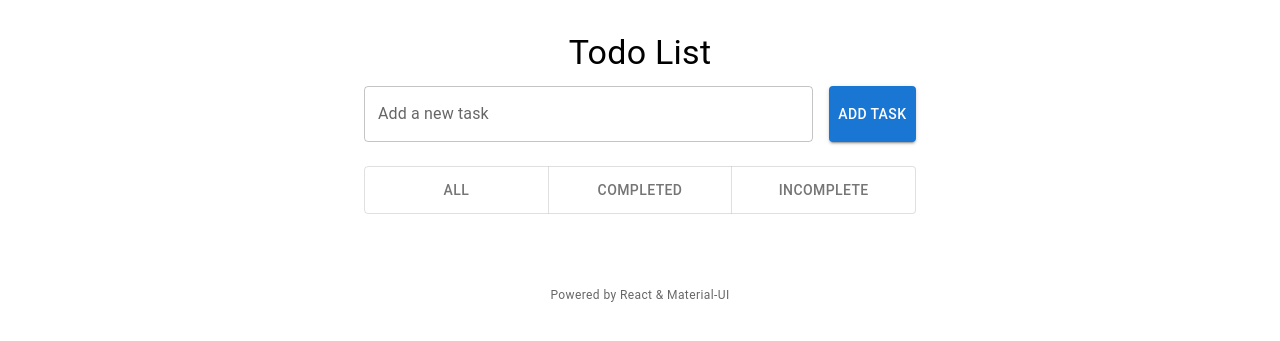
Repository: tobiaskoira/simple_web_service
Page: / (app in client/)
These files come from the project's save history. The page is drawn as it stood at one moment and after the next save; the edit follows.
The browser window is 1280 px wide. The pictures show the whole page.
The page's requests for data from a server got no answer. The project was rebuilt for these pictures with package versions that can differ from the ones it lists, and the page was loaded fresh each time. No one was signed in, and anything a server would have sent is missing.

Above is the page before, as saved 2024-12-22 23:29:16.

### client/src/App.js
import React, { useState, useEffect } from 'react';
import {
    Container,
    Typography,
    TextField,
    Button,
    List,
    ListItem,
    ListItemText,
    IconButton,
    Checkbox,
    ToggleButtonGroup,
    ToggleButton,
    Box,
} from '@mui/material';
import DeleteIcon from '@mui/icons-material/Delete';

const App = () => {
    const [tasks, setTasks] = useState([]);
    const [newTask, setNewTask] = useState('');
    const [filter, setFilter] = useState('all'); // all, completed, incomplete

    // Fetch tasks from backend
    useEffect(() => {
        fetch('http://localhost:5000/tasks')
            .then((res) => res.json())
            .then((data) => setTasks(data))
            .catch((error) => console.error('Error fetching tasks:', error));
    }, []);

    // Add a new task
    const addTask = async () => {
        const response = await fetch('http://localhost:5000/tasks', {
            method: 'POST',
            headers: { 'Content-Type': 'application/json' },
            body: JSON.stringify({ title: newTask, completed: false }),
        });
        const task = await response.json();
        setTasks([...tasks, task]);
        setNewTask('');
    };

    // Delete a task
    const deleteTask = async (id) => {
        await fetch(`http://localhost:5000/tasks/${id}`, { method: 'DELETE' });
        setTasks(tasks.filter((task) => task._id !== id));
    };

    // Toggle task completion
    const toggleCompletion = async (id, completed) => {
        const response = await fetch(`http://localhost:5000/tasks/${id}`, {
            method: 'PATCH',
            headers: { 'Content-Type': 'application/json' },
            body: JSON.stringify({ completed: !completed }),
        });
        const updatedTask = await response.json();
        setTasks(
            tasks.map((task) => (task._id === updatedTask._id ? updatedTask : task))
        );
    };

    // Handle task filtering
    const filteredTasks = tasks.filter((task) => {
        if (filter === 'completed') return task.completed;
        if (filter === 'incomplete') return !task.completed;
        return true;
    });

    return (
        <Container maxWidth="sm" sx={{ mt: 4 }}>
            <Typography variant="h4" align="center" gutterBottom>
                Todo List
            </Typography>

            {/* Task input */}
            <Box sx={{ display: 'flex', gap: 2, mb: 3 }}>
                <TextField
                    variant="outlined"
                    fullWidth
                    label="Add a new task"
                    value={newTask}
                    onChange={(e) => setNewTask(e.target.value)}
                />
                <Button
                    variant="contained"
                    color="primary"
                    onClick={addTask}
                    sx={{ whiteSpace: 'nowrap' }}
                >
                    Add Task
                </Button>
            </Box>

            {/* Filter toggle buttons */}
            <ToggleButtonGroup
                value={filter}
                exclusive
                onChange={(e, newFilter) => setFilter(newFilter || 'all')}
                fullWidth
                sx={{ mb: 3 }}
            >
                <ToggleButton value="Все">All</ToggleButton>
                <ToggleButton value="Завершены">Completed</ToggleButton>
                <ToggleButton value="В процессе">Incomplete</ToggleButton>
            </ToggleButtonGroup>

            {/* Task list */}
            <List>
                {filteredTasks.map((task) => (
                    <ListItem
                        key={task._id}
                        secondaryAction={
                            <IconButton
                                edge="end"
                                aria-label="delete"
                                onClick={() => deleteTask(task._id)}
                            >
                                <DeleteIcon />
                            </IconButton>
                        }
                    >
                        <Checkbox
                            checked={task.completed}
                            onChange={() =>
                                toggleCompletion(task._id, task.completed)
                            }
                        />
                        <ListItemText
                            primary={task.title}
                            secondary={task.completed ? 'Completed' : 'Incomplete'}
                        />
                    </ListItem>
                ))}
            </List>

            {/* Footer */}
            <Typography
                variant="caption"
                display="block"
                align="center"
                color="textSecondary"
                sx={{ mt: 4 }}
            >
                Powered by React & Material-UI
            </Typography>
        </Container>
    );
};

export default App;

Loaded but not shown: client/public/index.html (common file); client/src/index.js (common file); client/src/index.css (common file); client/src/reportWebVitals.js (common file)

After the next save:
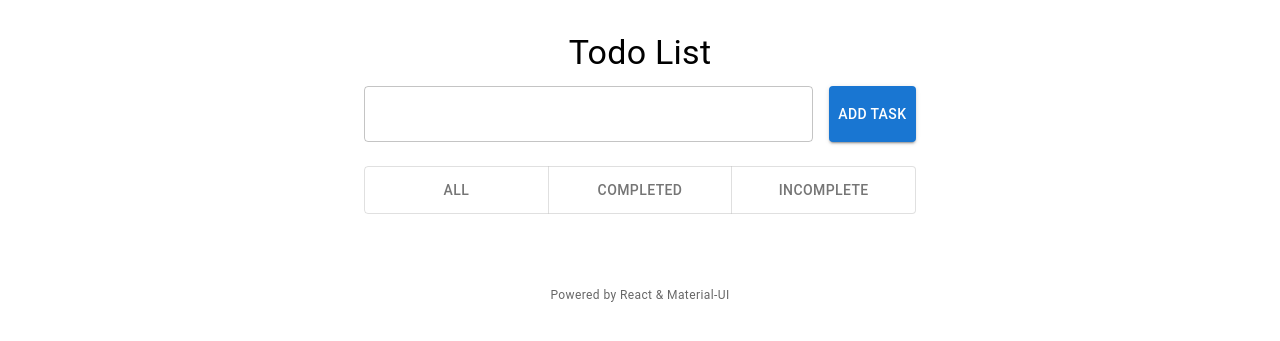
Saved 9 s later.
--- a/client/src/App.js
+++ b/client/src/App.js
@@ -77,7 +77,7 @@ const App = () => {
                 <TextField
                     variant="outlined"
                     fullWidth
-                    label="Add a new task"
+                    label=""
                     value={newTask}
                     onChange={(e) => setNewTask(e.target.value)}
                 />
